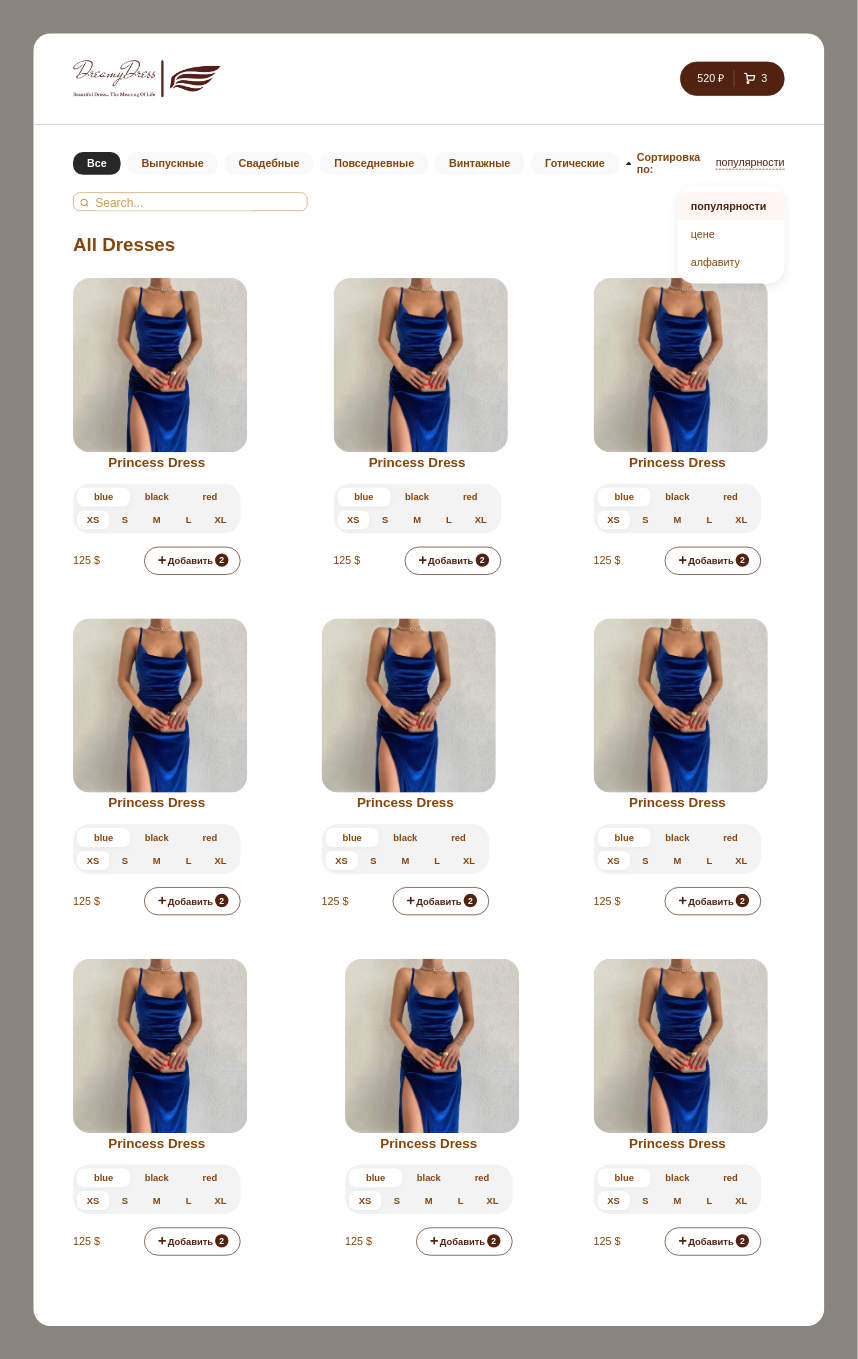
Repository: DisasterWoman/SPA-shop
Page: /
An editor plug-in stored every save of this project. The page is shown before and after the next save, followed by the edit.
The browser window is 1280 px wide. The pictures show the whole page, at 67% of full size.
Some web fonts or font styles are not loaded; a fallback is used. The project was rebuilt for these pictures with package versions that can differ from the ones it lists, and the page was loaded fresh each time.

Above is the page before, as saved 2022-11-29 18:16:30.

After the next save:
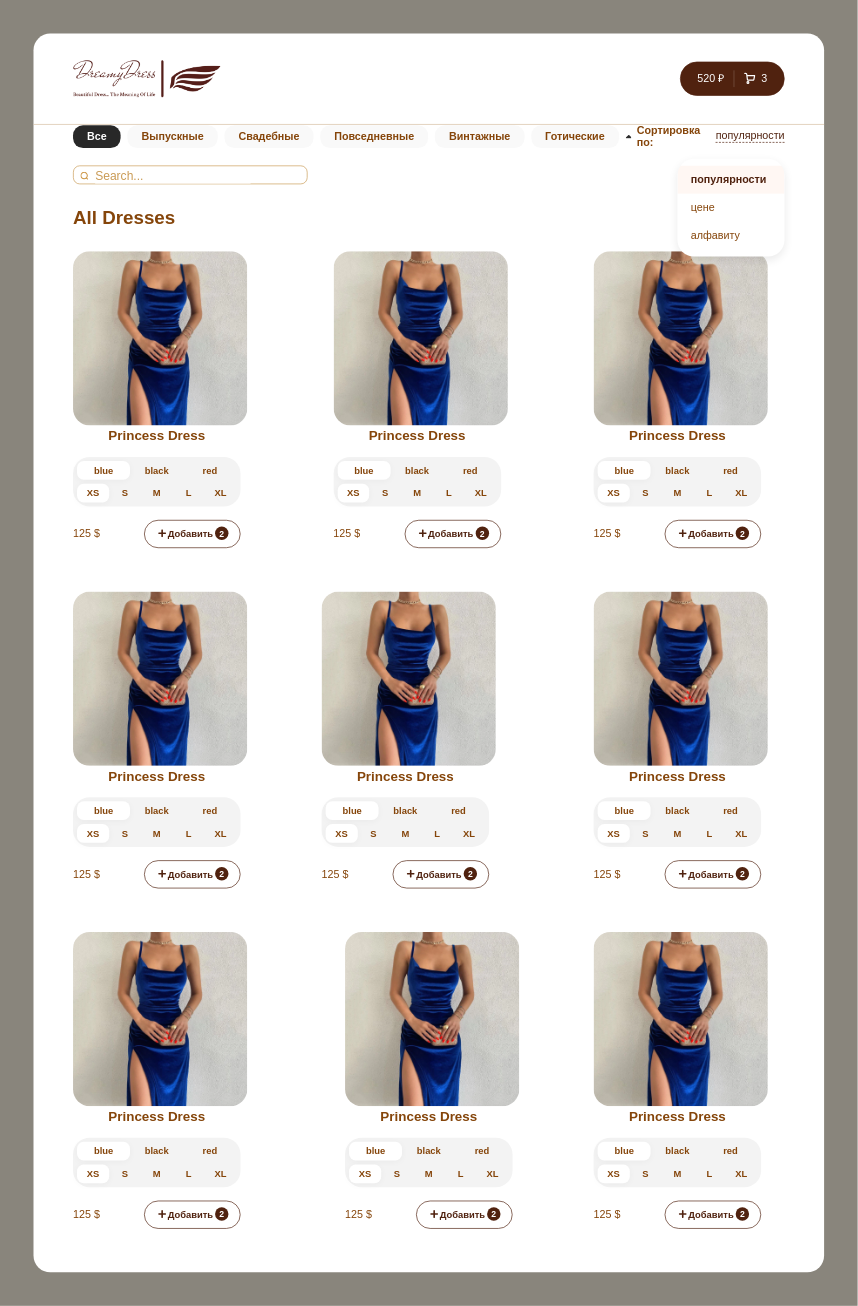
Saved 38 s later.
--- a/src/scss/app.scss
+++ b/src/scss/app.scss
@@ -16,7 +16,7 @@ body {
 }
 
 .content {
-  padding: 40px 0;
+  //padding: 40px 0;
 
   &__title {
     margin: 35px 0;
